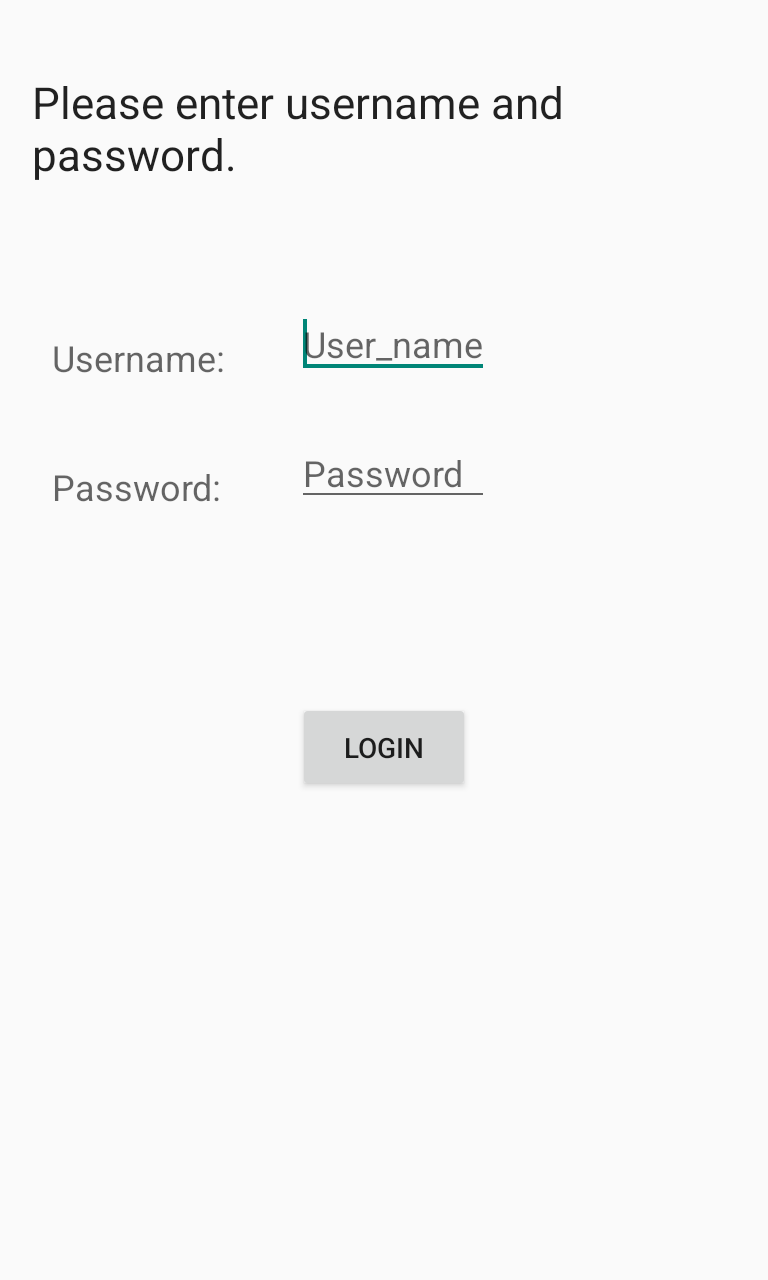
Repository: BurtWurst/MyFields_Mobile
Layout: Android/Login/res/layout/activity_main.xml
An editor plug-in stored every save of this project. The layout is shown before and after the next save, followed by the edit.
It is drawn on a 768 x 1280 px phone screen (xhdpi) without system bars, with theme AppTheme; the app's code is not run.

Above is the layout before, as saved 2014-12-06 16:15:47.

After the next save:
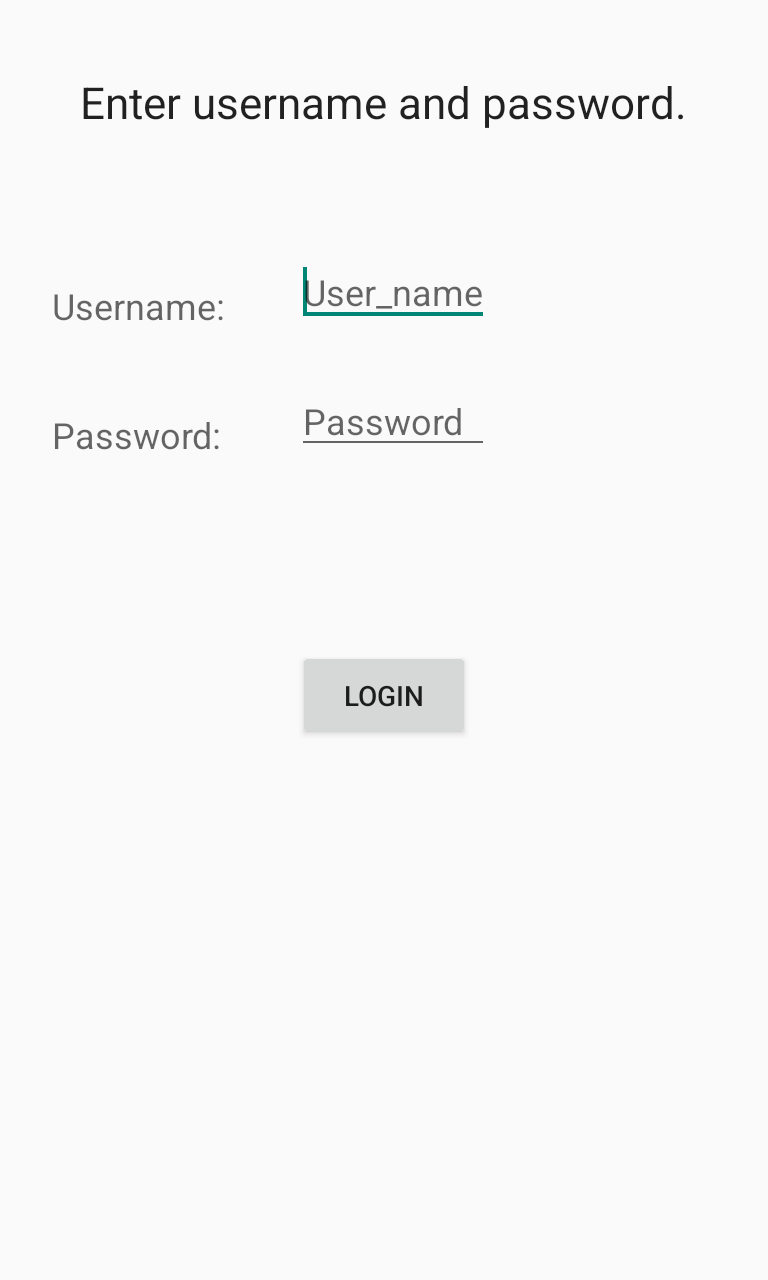
Saved 36 s later.
--- a/Android/Login/res/layout/activity_main.xml
+++ b/Android/Login/res/layout/activity_main.xml
@@ -15,7 +15,7 @@
 	      android:layout_alignParentTop="true"
 	      android:layout_centerHorizontal="true"
 	      android:layout_marginTop="20dp"
-	      android:text="Please enter username and password."
+	      android:text="Enter username and password."
 	      android:textAppearance="?android:attr/textAppearanceLarge" />
 
       <TextView
